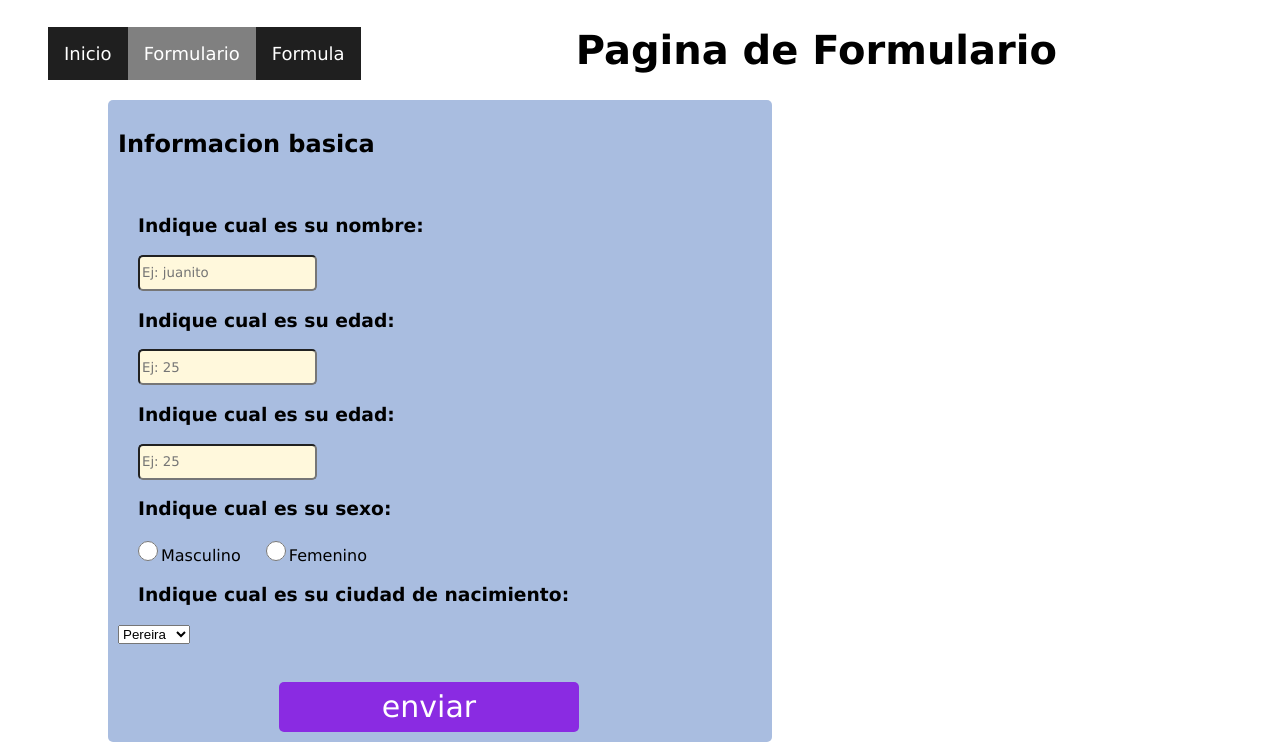
Repository: misterySnow94/tutoriales
Page: pagina basica/formulario.html
The author's editor kept a copy of each file at every save. The page is drawn from the files as they stood at one save, then again after the next save.
The browser window is 1280 px wide. The pictures show the whole page.

Above is the page before, as saved 2019-11-04 00:25:47.

### pagina basica/formulario.html
<!DOCTYPE html>
<html lang="en">
<head>
    <meta charset="UTF-8">
    <meta name="viewport" content="width=device-width, initial-scale=1.0">
    <meta http-equiv="X-UA-Compatible" content="ie=edge">
    <title>inicio</title>
    <link rel="stylesheet" href="css/style.css">
</head>
<body>
    <nav>
        <ul>
            <li><a href="index.html"> Inicio </a></li>
            <li class="active"><a href="formulario.html">Formulario</a></li>
            <li><a href="formula.html">Formula</a></li>
        </ul>
    </nav>

    <div class="contenido">
        <h1>Pagina de Formulario</h1>

        <form action="">
            <h2>Informacion basica</h2>
            <label for="nombre">
                <h3>Indique cual es su nombre:</h3>
                <input type="text" placeholder="Ej: juanito" name="nombre">
            </label>
            <label for="edad">
                <h3>Indique cual es su edad:</h3>
                <input type="number" placeholder="Ej: 25" name="edad">
            </label>
            <label for="edad">
                <h3>Indique cual es su edad:</h3>
                <input type="number" placeholder="Ej: 25" name="edad">
            </label>
            <label for="sexo">
                <h3>Indique cual es su sexo:</h3>
                <input class="radio" type="radio" name="sexo">Masculino
                <input class="radio" type="radio" name="sexo">Femenino
            </label>
            <label for="ciudad">
                <h3>Indique cual es su ciudad de nacimiento:</h3>
                <select name="ciudad">
                    <option value="">Pereira</option>
                    <option value="">Cali</option>
                    <option value="">Medellin</option>
                    <option value="">Bogota</option>
                </select>
            </label>
            <br><br><br>
            <button>enviar</button>
        </form>
    </div>
</body>
</html>

### pagina basica/css/style.css
body{
    font-family: 'Lucida Sans', 'Lucida Sans Regular', 'Lucida Grande', 'Lucida Sans Unicode', Geneva, Verdana, sans-serif;
}

li{
    float: left;
    list-style: none;
    padding: 16px;
    background-color: rgb(31, 31, 31);
}

.active{
    background-color: gray;
}

li:hover{
    background-color: gray;
}

a{
    color: white;
    text-decoration: none;
    font-size: 18px;
}

h1{
    text-align: center;
    font-size: 40px;
}

form{
    margin-left: 100px;
    margin-right: 500px;
    background-color: rgb(169, 189, 224);
    border-radius: 5px;
    padding: 10px;
}

label, input, h3{
    margin-left: 20px;
}

input{
    border-radius: 5px;
    height: 30px;
    font-family: 'Lucida Sans', 'Lucida Sans Regular', 'Lucida Grande', 'Lucida Sans Unicode', Geneva, Verdana, sans-serif;
    background-color: cornsilk;
}

button{
    background-color: blueviolet;
    height: 50px;
    width: 300px;
    border:none;
    border-radius: 5px;
    font-family: 'Lucida Sans', 'Lucida Sans Regular', 'Lucida Grande', 'Lucida Sans Unicode', Geneva, Verdana, sans-serif;
    font-size: 30px;
    color:white;
    margin-left: 25%;
}

button:hover{
    background-color: rgb(190, 140, 236);
    color:black;
}

.radio{
    width: 20px;
    height: 20px;
}

After the next save:
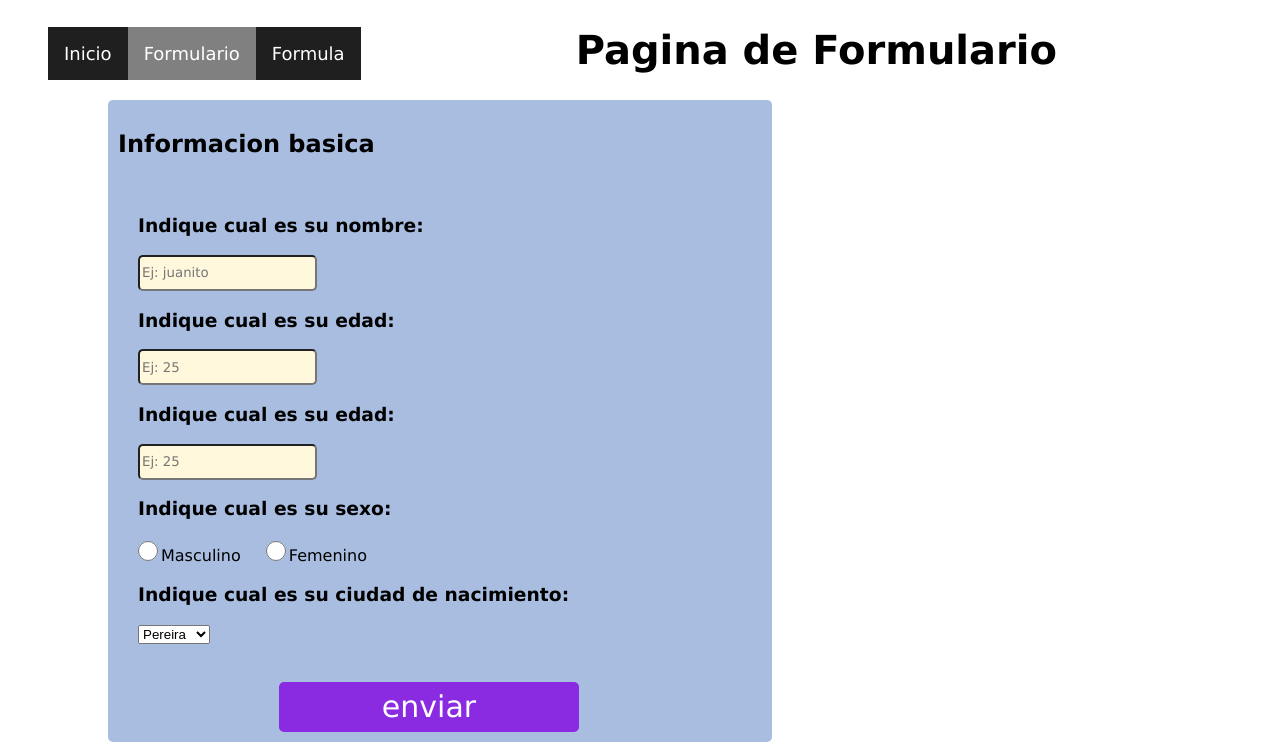
Saved 26 s later.
--- a/pagina basica/css/style.css
+++ b/pagina basica/css/style.css
@@ -36,7 +36,7 @@ form{
     padding: 10px;
 }
 
-label, input, h3{
+label, input, h3 , select{
     margin-left: 20px;
 }
 
